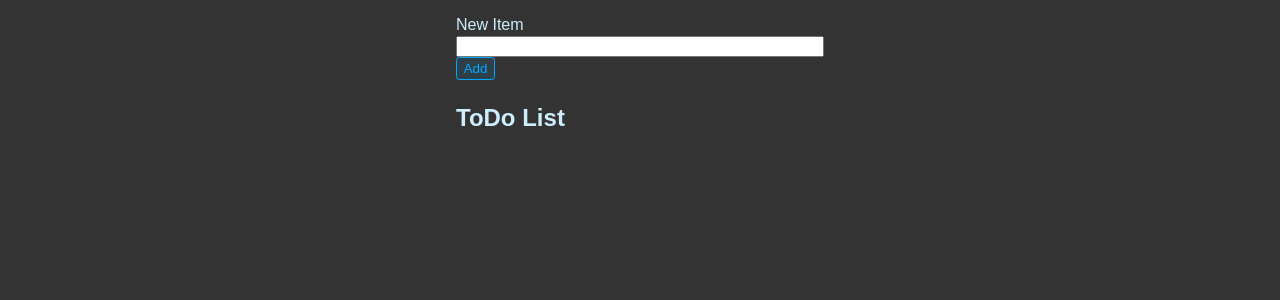
Repository: kemsig/CSFE24
Page: / (app in Week3- Todo/)
These files come from the project's save history. The page is drawn as it stood at one moment and after the next save; the edit follows.
The browser window is 1280 px wide. The pictures show the whole page.
The project was rebuilt for these pictures with package versions that can differ from the ones it lists, and the page was loaded fresh each time. Also part of the build but not shown: Week3- Todo/vite.config.js.

Above is the page before, as saved 2024-03-07 22:11:08.

### Week3- Todo/src/App.jsx
import "./styles.css"


export default function App(){
  return (
  <>
  <form className="item-form">
    <div className="form-row">
      <label htmlFor="item">New Item</label>
      <input type="text" id="item" />
    </div>
    <button className="btn">Add</button>
  </form>

  <h1 className="header">ToDo List</h1>
  <u1 className="list">
    <li>
      <input type="checkbox"></input>
    </li>
  </u1>
  </>
)
}

Loaded but not shown: Week3- Todo/index.html (common file); Week3- Todo/src/main.jsx (common file); Week3- Todo/src/styles.css (common file)

After the next save:
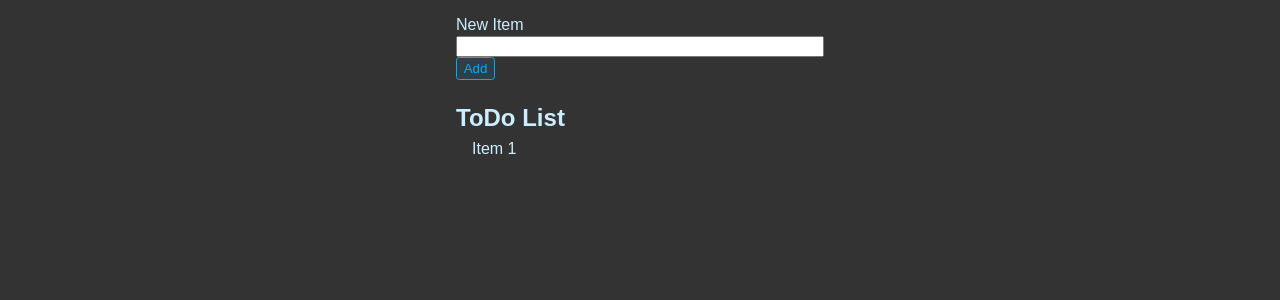
Saved 36 s later.
--- a/Week3- Todo/src/App.jsx
+++ b/Week3- Todo/src/App.jsx
@@ -15,7 +15,8 @@ export default function App(){
   <h1 className="header">ToDo List</h1>
   <u1 className="list">
     <li>
-      <input type="checkbox"></input>
+      <input type="checkbox"/>
+      Item 1
     </li>
   </u1>
   </>
